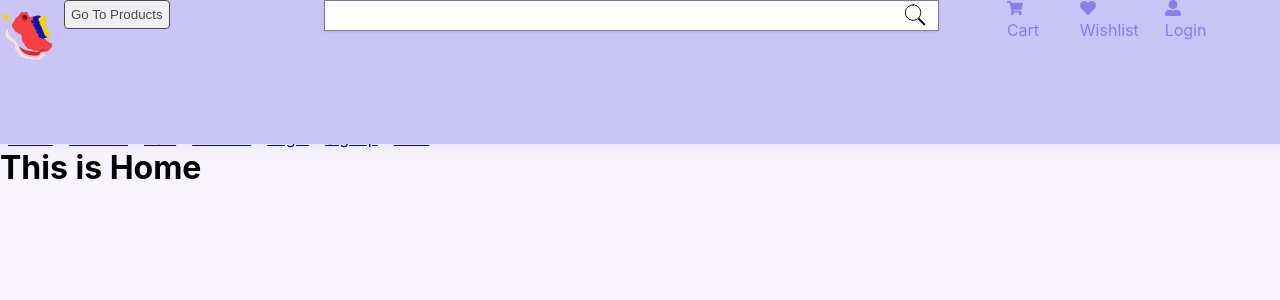
Repository: Irfan-vit/shoecase
Page: /
An editor plug-in stored every save of this project. The page is shown before and after the next save, followed by the edit.
The browser window is 1280 px wide. The pictures show the whole page.
The page's requests for data from a server got no answer. The project was rebuilt for these pictures with package versions that can differ from the ones it lists, and the page was loaded fresh each time. No one was signed in, and anything a server would have sent is missing. Also part of the build but not shown: src/pages/Product/ProductPage.jsx, src/pages/cart/CartPage.jsx, src/pages/wishlist/WishlistPage.jsx, src/pages/login/LoginPage.jsx, src/pages/signup/SignupPage.jsx, src/pages/user/StyledUser.jsx, src/components/forms/addAddress/AddAddress.jsx, src/components/forms/editAddress/EditAddress.jsx and 4 more.

Above is the page before, as saved 2023-05-22 04:55:20.

After the next save:
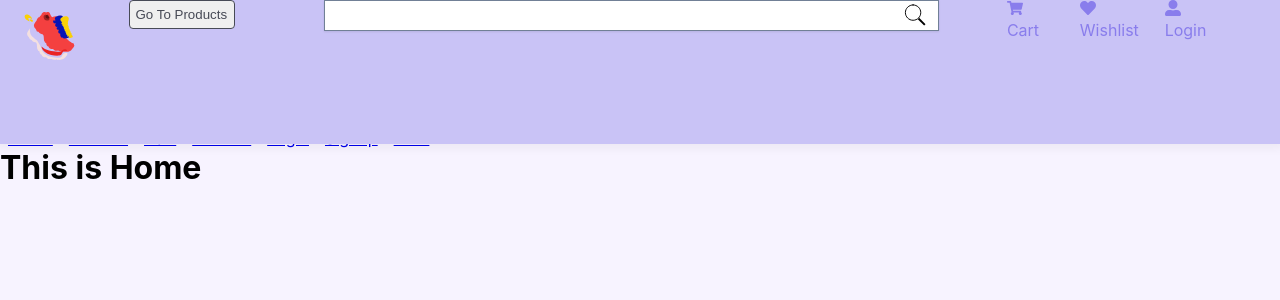
Saved 5 s later.
--- a/src/styles/NavBarStyles.jsx
+++ b/src/styles/NavBarStyles.jsx
@@ -38,7 +38,7 @@ const StyledNav = styled.nav`
     display: flex;
     flex-flow: row wrap;
     justify-content: space-between;
-    align-items
+    align-items: ;
     > :nth-child(1) {
       display: flex;
       flex-flow: row;
